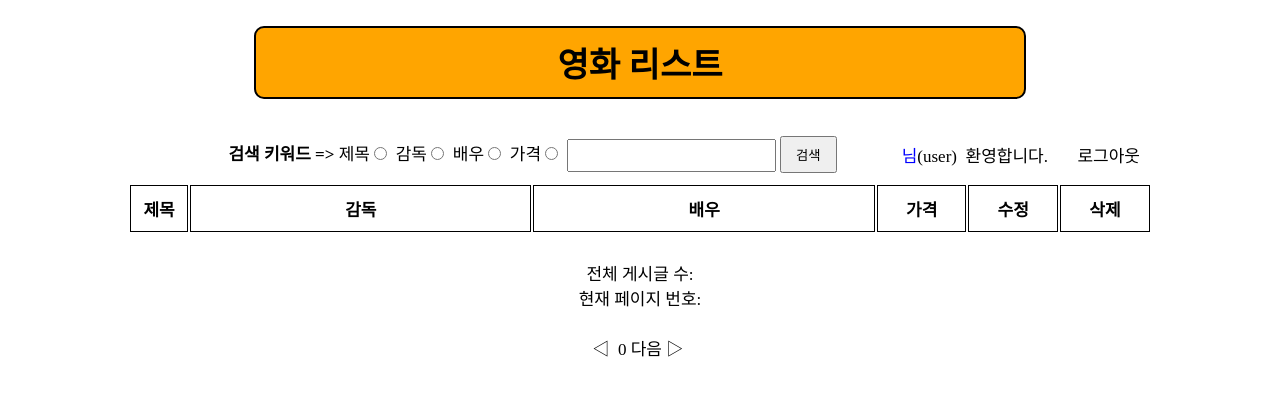
Repository: EverythingOfC/movie
Page: http://localhost/movie/movie/list.jsp
These files come from the project's save history. The page is drawn as it stood at one moment and after the next save; the edit follows.
The browser window is 1280 px wide. The pictures show the whole page.
The page is served by Tomcat 9. Nobody is signed in. The application's start-up code is not run. Other server files are loaded and not shown. The template is opened directly, without the code that normally fills it, so the values that code supplies are empty.

Above is the page before, as saved 2023-01-03 10:05:31.

### movie/src/main/webapp/movie/list.jsp
<%@ page language="java" contentType="text/html; charset=UTF-8"
	pageEncoding="UTF-8"%>
<%@ taglib prefix="c" uri="http://java.sun.com/jsp/jstl/core"%>
<!DOCTYPE html>
<html>
<head>
<meta charset="UTF-8">
<title>Insert title here</title>
<link rel="stylesheet" type="text/css" href="../css/movie.css">
</head>
<body>

	<div class="title">
		<h1>영화 리스트</h1>
	</div>

	<div class="main">
		<table>

			<tr>
				<td style="border:0;"></td>
				<td colspan="2" style="border:0; text-align:center;">
				<form action="ms?command=list" method="get">

				<b>검색 키워드 => </b>
				<label for="title">제목</label>
				<input type="radio" name="column" value="title" id="title">&nbsp;

				<label for="director">감독</label>
				<input type="radio" name="column" value="director" id="director">&nbsp;

				<label for="actor">배우</label>
				<input type="radio" name="column" value="actor" id="actor">&nbsp;

				<label for="price">가격</label>
				<input type="radio" name="column" value="price" id ="price">&nbsp;

				<input type="text" name="search" style="padding:7px 14px;">
				<input type="submit" value="검색" style="padding:7px 14px;">

				</form>
				</td>

				<td colspan="2" style="border:0; text-align:right;">
				<c:choose>
					<c:when test="${member.auth eq '1' }">
					<span style="color:red">${member.name}님</span>(admin)
					</c:when>
					<c:otherwise>
					<span style="color:blue">${member.name}님</span>(user)
					</c:otherwise>
				</c:choose>&nbsp;환영합니다.
				</td>
				<td style="border: 0; text-align: right; margin-top: 2vw;">

					<c:if test="${member.auth eq '1' }"><!-- 관리자인 경우에만 -->
					<a href="ms?command=insertForm">영화등록</a>&nbsp;&nbsp;
					</c:if>
					<a href="ms?command=loginForm">로그아웃</a>
				</td>
			</tr>

			<tr>
				<th>제목</th>
				<th>감독</th>
				<th>배우</th>
				<th>가격</th>
				<th>수정</th>
				<th>삭제</th>
			</tr>

			<c:forEach var="movie" items="${movies }">
				<tr>
					<td><a style="color:red;" href="ms?command=view&code=${movie.code}">${movie.title }</a></td>
					<td>${movie.director }</td>
					<td>${movie.actor }</td>
					<td>${movie.price }</td>


					<c:choose>
						<c:when test="${member.auth eq '1' }">	<!-- 관리자인 경우 -->
							<td><a href="ms?command=updateForm&code=${movie.code}">정보
									수정</a></td>
							<td><a href="ms?command=delete&code=${movie.code }">정보
									삭제</a></td>
						</c:when>
						<c:otherwise>
							<td>사용자는 수정불가</td>
							<td>사용자는 삭제불가</td>
						</c:otherwise>

					</c:choose>

				</tr>
			</c:forEach>
		</table>
	</div>

	<div class="page">

		<c:set var="page" value="${paging.getCurrentPage() }"/> <!--  현재 페이지 -->
		<c:set var="beginPage" value="${paging.getBeginPage() }"/>
		<c:set var="endPage" value="${paging.getEndPage() }"/>
		<c:set var="totalPage" value="${paging.getTotalPage() }"/>
		<c:set var="url" value="${url }"/>
		<c:set var="displayPage" value="${paging.getDisplayPage() }"/>


		<p>전체 게시글 수: <span style="color:red">${paging.getTotalCount() }</span></p>
		<p>현재 페이지 번호: <span style="color:red">${page }</span></p>
	</div>


	<div class="pagination">


	<!--  처음으로  -->
	<c:if test="${page == 1}">
		<span> ◁&nbsp; </span>
	</c:if>

	<c:if test="${page != 1 }">
		<a href="${url}&page=1">
		<span> ◁&nbsp; </span>
		</a>
	</c:if>

	<!--  이전으로 -->
		<c:if test="${ page<=1 }">
				<span>이전</span>
		</c:if>
		<c:if test="${ page>1 }">
			<a href="${url }&page=${page-1}">이전</a>
		</c:if>

		<!--  넘버링 부분 -->
		<c:forEach var="item" varStatus = "status" begin="${beginPage }" end="${endPage }" step = "1">

		<c:if test="${page == item }">	<!--  현재 페이지는 클릭 못함 -->
			<span style="font-size:16px; color:red">${item }</span>
		</c:if>

		<c:if test="${page != item }">  <!--  현재 페이지가 아니면 클릭 가능 -->
			<a href="${url }&page=${item}">${item }</a>
		</c:if>

		</c:forEach>


		<!--  다음으로 -->
		<c:if test="${ page>=totalPage }">
				<span>다음</span>
		</c:if>
		<c:if test="${ page<totalPage }">
			<a href="${url }&page=${page+1}">다음</a>
		</c:if>

	<!-- 마지막으로  -->
	<c:if test="${page == totalPage }">
		<span> ▷&nbsp; </span>
	</c:if>
	<c:if test="${page != totalPage }">
		<a href="${url}&page=${totalPage}">
		<span> ▷&nbsp; </span>
		</a>
	</c:if>
	</div>
</body>
</html>

### movie/src/main/webapp/css/movie.css
@charset "UTF-8";

*{
	margin: 0 auto;
}
body{
	font-size:17px;
}
img{
	border:0;
}
a{
	text-decoration:none;
	color:black;
}
a:hover{
	font-weight:bold;
}
li{
	list-style: none;
}

.title{
	margin:2vw auto;
	text-align:center;
	border:2px solid black;
	border-radius:10px;
	background:orange;
	width:60%;
	padding:10px 0;
}
.main table{
	width:80%;
}
.main td,.main th{
	padding:10px;
	border:1px solid black;
	border-collapse: collapse;
}

.insert table td{
	text-align:center;
}
.insert table td input, .i_button input, .insert table td img{
	padding:8px 15px;
	font-weight:bold;
	font-size:14px;
}
.insert table{
	width:50%;
	font-size:17px;
}
.insert td,.insert th{
	padding:8px;
	border:1px solid black;
	border-collapse: collapse;
}
.i_button{
	margin-top:1vw;
	width:50%;
	text-align:center;
}


.login table td{
	text-align:center;
}
.login table td input, .l_button input{
	padding:11px 15px;
	font-weight:bold;
	font-size:14px;
}
.login table{
	width:50%;
	font-size:17px;
}
.login td,.login th{
	padding:8px;
	border:1px solid black;
	border-collapse: collapse;
}
.l_button{
	margin-top:2vw;
	width:50%;
	text-align:center;
}



.sign table td{
	text-align:center;
}

.sign table td label{
	display:inline-block;
	padding:8px 15px;
	font-size:14px;
 }
.sign table td input, .s_button input{
	padding:8px 15px;
	font-weight:bold;
	font-size:14px;
}
.sign table{
	width:50%;
	font-size:17px;
}
.sign td,.sign th{
	padding:8px;
	border:1px solid black;
	border-collapse: collapse;
}
.s_button{
	margin-top:2vw;
	width:50%;
	text-align:center;
}


.update table td{
	text-align:center;
}
.update table td input, .u_button input, .update table td img{
	padding:8px 15px;
	font-weight:bold;
	font-size:14px;
}
.update table{
	width:50%;
	font-size:17px;
}
.update td,.update th{
	padding:8px;
	border:1px solid black;
	border-collapse: collapse;
}
.u_button{
	margin-top:1vw;
	width:50%;
	text-align:center;
}


.view table td{
	text-align:center;
}
.view table td input, .v_button input, .view table td img{
	padding:8px 15px;
	font-weight:bold;
	font-size:14px;
}
.view table{
	width:50%;
	font-size:17px;
}
.view td,.view th{
	padding:8px;
	border:1px solid black;
	border-collapse: collapse;
}
.v_button{
	margin-top:1vw;
	width:50%;
	text-align:center;
}

.page,.pagination{
	width:70%;
	margin-top:2vw;
	text-align:center;
}
.pagination{
	margin-top:2vw;
}

After the next save:
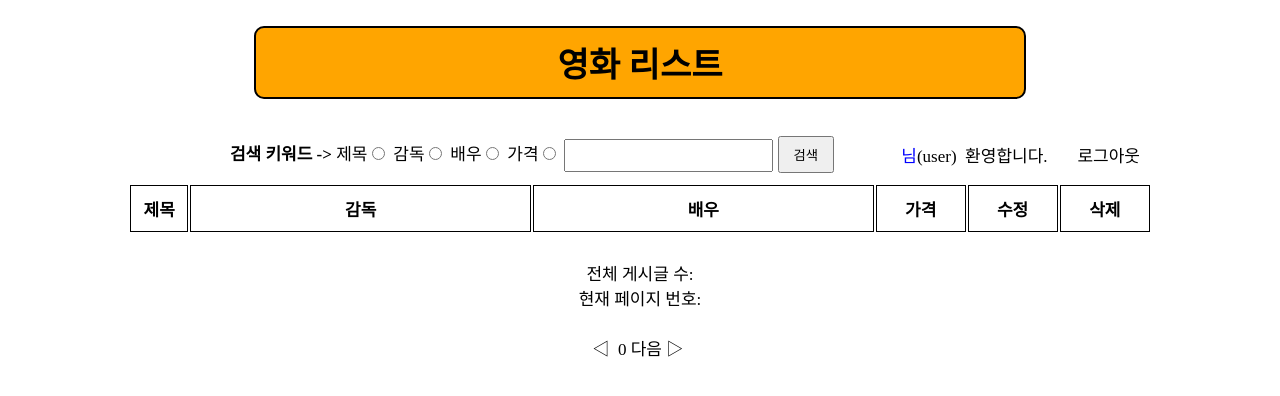
Saved 8 s later.
--- a/movie/src/main/webapp/movie/list.jsp
+++ b/movie/src/main/webapp/movie/list.jsp
@@ -22,7 +22,7 @@
 				<td colspan="2" style="border:0; text-align:center;">
 				<form action="ms?command=list" method="get">
 
-				<b>검색 키워드 => </b>
+				<b>검색 키워드 -> </b>
 				<label for="title">제목</label>
 				<input type="radio" name="column" value="title" id="title">&nbsp;
 
